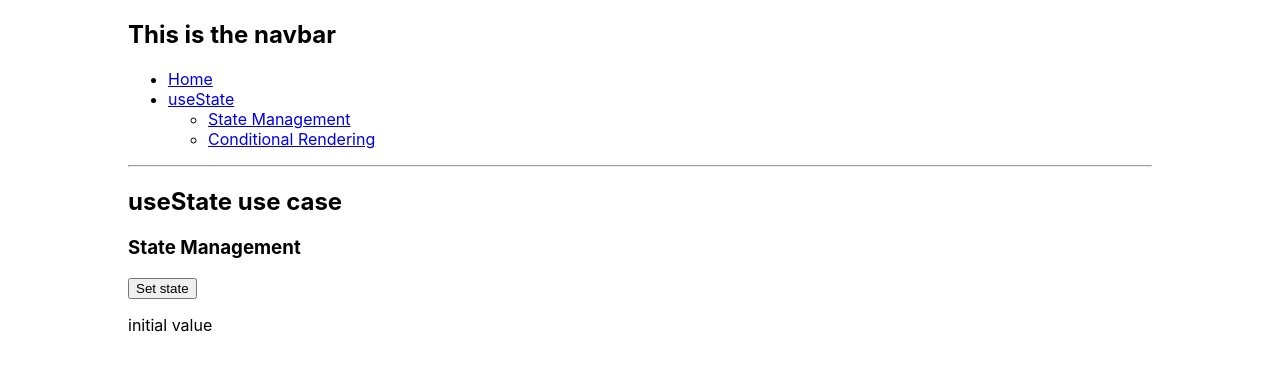
Repository: Colo-Codes/react-hooks-use-cases
Page: /usestate/state-management
The author's editor kept a copy of each file at every save. The page is drawn from the files as they stood at one save, then again after the next save.
The browser window is 1280 px wide. The pictures show the whole page.
The project was rebuilt for these pictures with package versions that can differ from the ones it lists, and the page was loaded fresh each time. Also part of the build but not shown: src/components/Home/Home.js, src/components/UseCaseUseState/UseCaseUseState.js, src/components/UseCaseUseState/UseCaseConditionalRender.js.

Above is the page before, as saved 2021-09-07 09:34:43.

### src/App.js
import classes from './App.module.css';
import { BrowserRouter as Router, Route, Switch } from 'react-router-dom';
import React from 'react';
import Home from './components/Home/Home';
import UseCaseUseState from './components/UseCaseUseState/UseCaseUseState';
import Navbar from './components/Navbar/Navbar';
import UseCaseStateManagement from './components/UseCaseUseState/UseCaseStateManagement';
import UseCaseConditionalRender from './components/UseCaseUseState/UseCaseConditionalRender';

function App() {
  return (
    <div className={classes.main}>
      <Router>
        <Navbar />
        <Switch>
          <Route exact path="/">
            <Home />
          </Route>
          <Route exact path="/usestate">
            <UseCaseUseState />
          </Route>
          <Route path="/usestate/state-management">
            <UseCaseStateManagement />
          </Route>
          <Route path="/usestate/conditional-rendering">
            <UseCaseConditionalRender />
          </Route>
        </Switch>
      </Router>
    </div>
  );
};

export default App;

### src/App.module.css
.main {
  width: 80%;
  margin: auto;
}

### src/components/Navbar/Navbar.js
import { Link } from "react-router-dom";

const Navbar = props => {
    return (
        <nav>
            <h1>This is the navbar</h1>
            <ul>
                <li><Link to="/">Home</Link></li>
                <li><Link to="/usestate">useState</Link>
                    <ul>
                        <li><Link to="/usestate/state-management">State Management</Link></li>
                        <li><Link to="/usestate/conditional-rendering">Conditional Rendering</Link></li>
                    </ul>
                </li>
            </ul>
        </nav>
    );
};

export default Navbar;

### src/components/UseCaseUseState/UseCaseStateManagement.js
import { useState } from "react";

const UseCaseStateManagement = props => {
    const [state, setState] = useState('initial value');

    console.log('🔄 This is a re-render');

    const clickHandler = () => {
        setState('new value');
    };

    return (
        <>
            <hr />
            <h2>useState use case</h2>
            <h3>State Management</h3>
            <button onClick={clickHandler}>Set state</button>
            <p>{state}</p>
        </>
    );
};

export default UseCaseStateManagement;

Loaded but not shown: public/index.html (common file); src/index.js (common file); src/index.css (common file); src/reportWebVitals.js (common file)

After the next save:
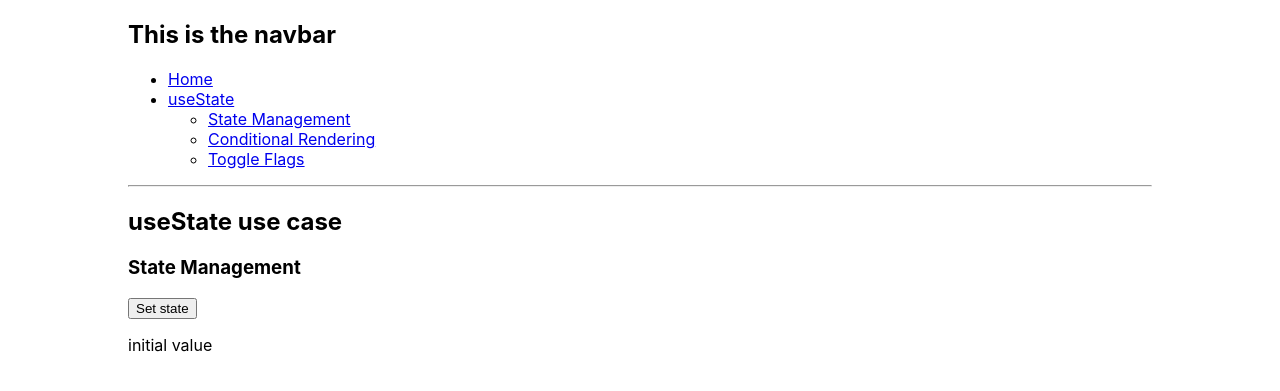
Saved 26 s later.
--- a/src/components/Navbar/Navbar.js
+++ b/src/components/Navbar/Navbar.js
@@ -10,6 +10,7 @@ const Navbar = props => {
                     <ul>
                         <li><Link to="/usestate/state-management">State Management</Link></li>
                         <li><Link to="/usestate/conditional-rendering">Conditional Rendering</Link></li>
+                        <li><Link to="/usestate/toggle">Toggle Flags</Link></li>
                     </ul>
                 </li>
             </ul>
